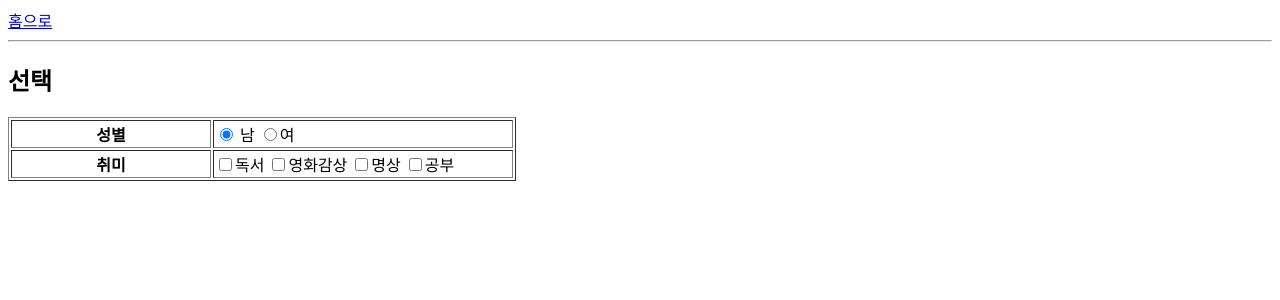
Repository: KimHyeonJun1/Study_Web302
Page: 01.Servlet01/src/main/webapp/choice.html
An editor plug-in stored every save of this project. The page is shown before and after the next save, followed by the edit.
The browser window is 1280 px wide. The pictures show the whole page.

Above is the page before, as saved 2024-06-20 08:27:25.

After the next save:
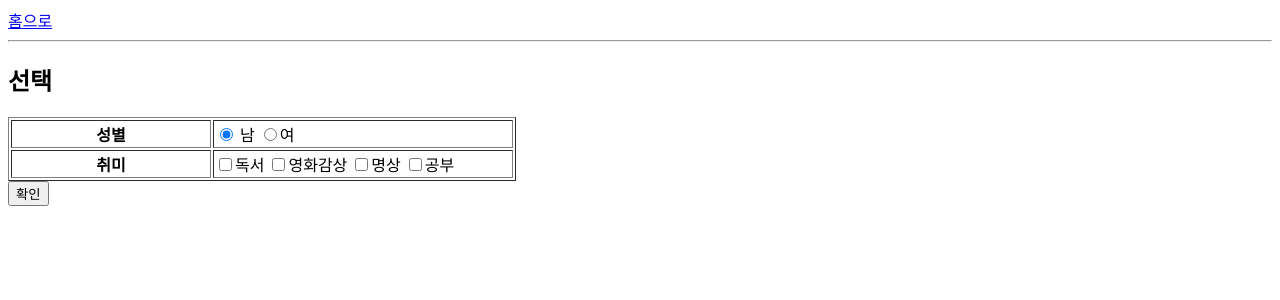
Saved 94 s later.
--- a/01.Servlet01/src/main/webapp/choice.html
+++ b/01.Servlet01/src/main/webapp/choice.html
@@ -42,6 +42,7 @@
 	</td>
 	</tr>
 </table>
+<button>확인</button>
 </form>
 </body>
 </html>
